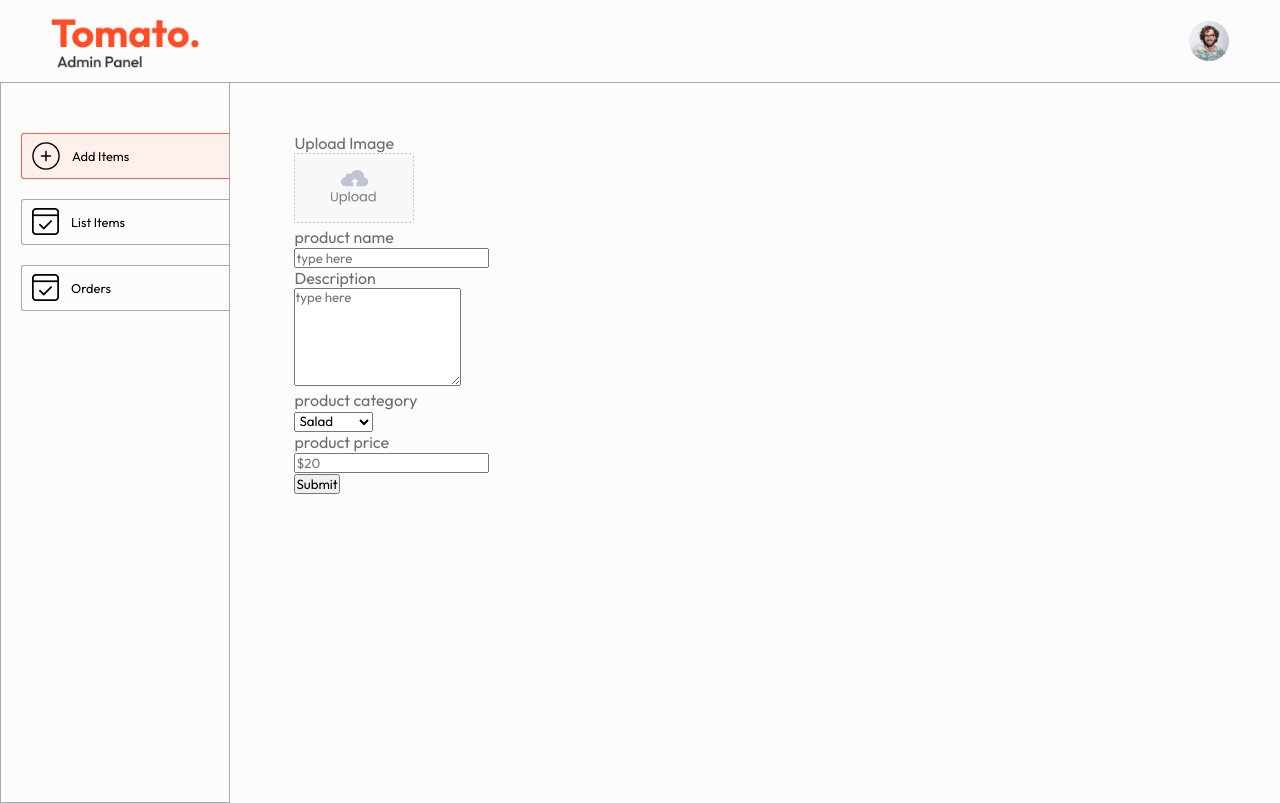
Repository: sodmaq/food-delivery
Page: /add (app in admin/)
The author's editor kept a copy of each file at every save. The page is drawn from the files as they stood at one save, then again after the next save.
The browser window is 1280 px wide. The pictures show the whole page.
The project was rebuilt for these pictures with package versions that can differ from the ones it lists, and the page was loaded fresh each time. Also part of the build but not shown: admin/vite.config.js, admin/src/pages/orders/Orders.jsx. Imported but missing from the stored project, and not drawn on this page: admin/src/pages/list/List.

Above is the page before, as saved 2024-10-04 22:52:36.

After the next save:
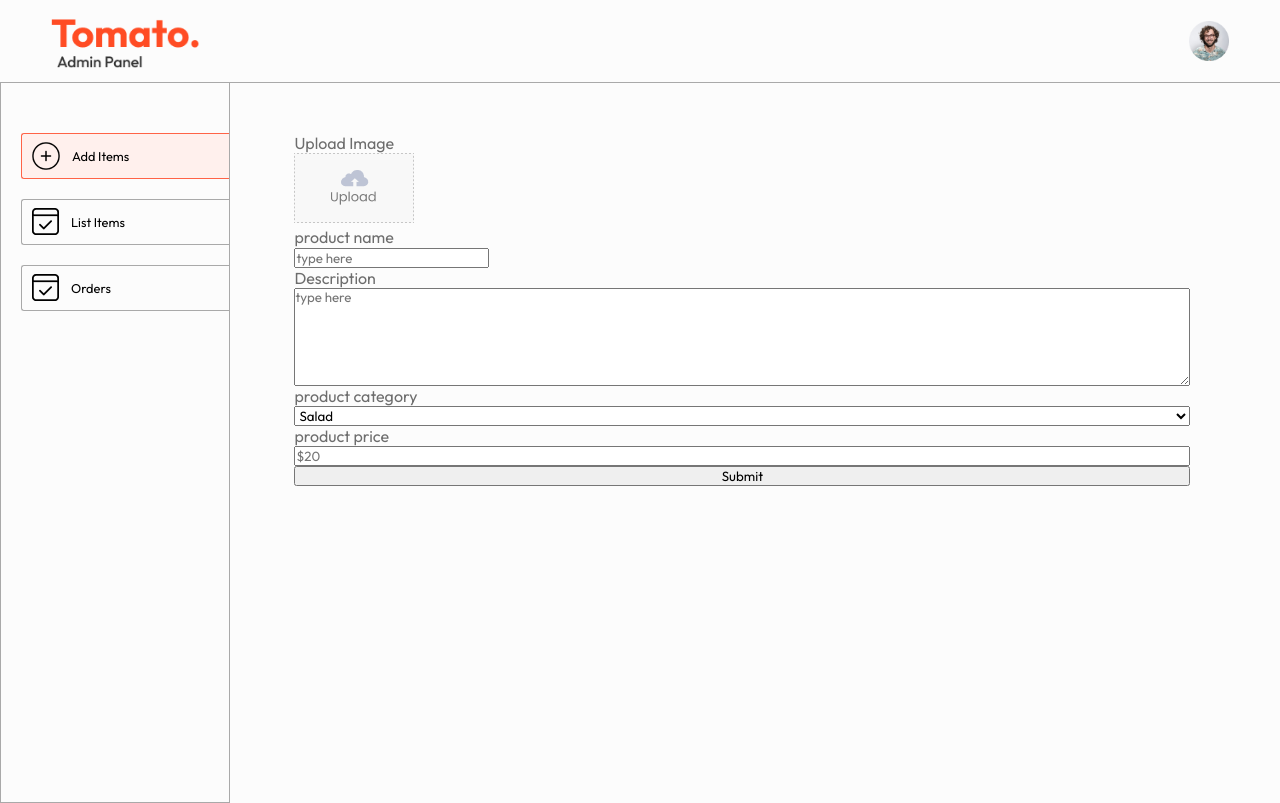
Saved 32 s later.
--- a/admin/src/index.css
+++ b/admin/src/index.css
@@ -25,3 +25,8 @@ hr {
 .app-content {
   display: flex;
 }
+
+.flex-col {
+  display: flex;
+  flex-direction: column;
+}
